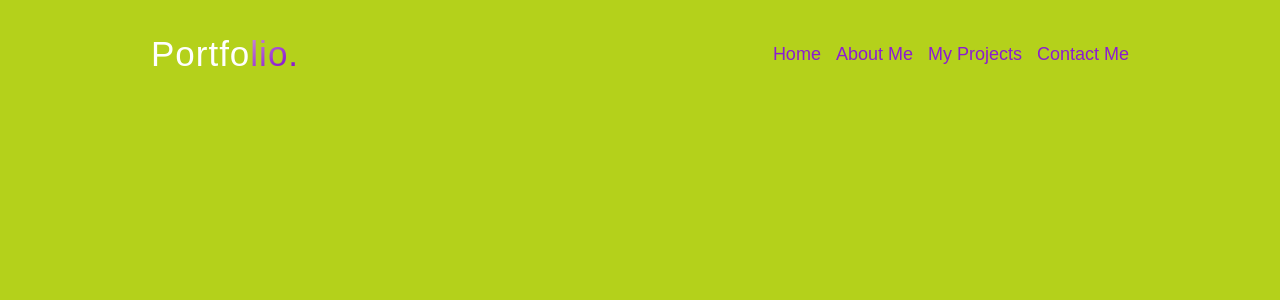
Repository: ChristianGecchelin/portfolio-web
Page: /
The author's editor kept a copy of each file at every save. The page is drawn from the files as they stood at one save, then again after the next save.
The browser window is 1280 px wide. The pictures show the whole page.
The project was rebuilt for these pictures with package versions that can differ from the ones it lists, and the page was loaded fresh each time. Also part of the build but not shown: src/App/App.css.

Above is the page before, as saved 2022-01-20 18:37:55.

After the next save:
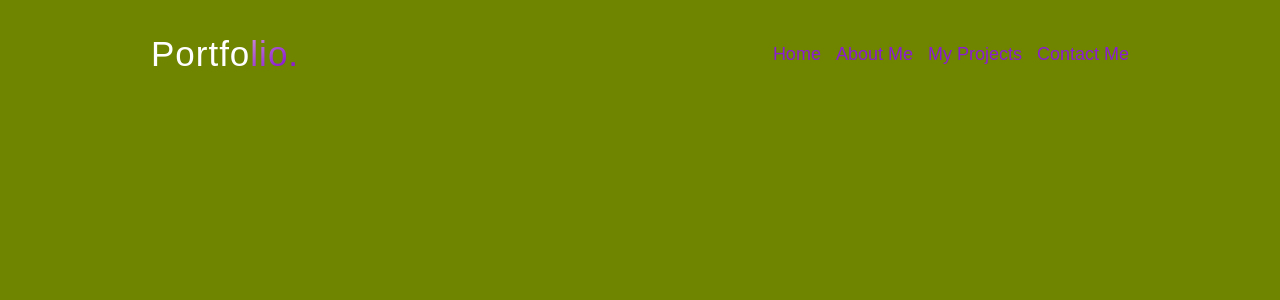
Saved 15 s later.
--- a/src/index.css
+++ b/src/index.css
@@ -8,7 +8,7 @@
   font-family: "DM Sans", sans-serif;
 }
 body {
-  background: #b4d11b;
+  background: #6f8500;
   width: 100%;
   height: 100vh;
   background: linear-gradient(-45deg);

After the save that followed:
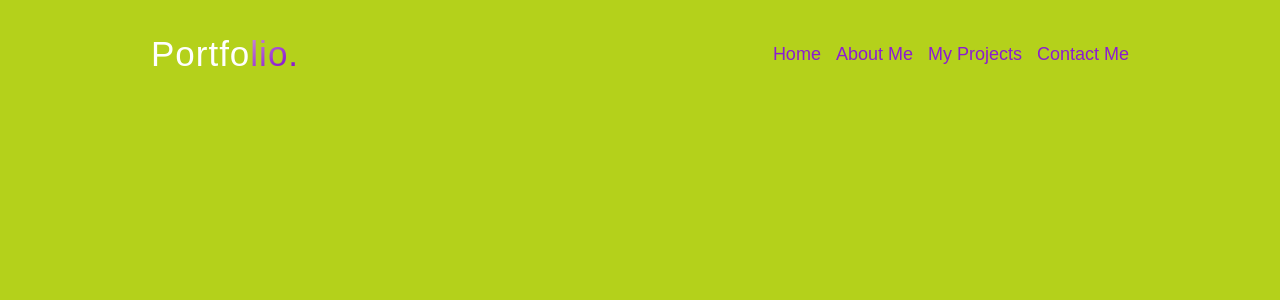
Saved 10 s later.
--- a/src/index.css
+++ b/src/index.css
@@ -8,7 +8,7 @@
   font-family: "DM Sans", sans-serif;
 }
 body {
-  background: #6f8500;
+  background: #b4d11b;
   width: 100%;
   height: 100vh;
   background: linear-gradient(-45deg);
